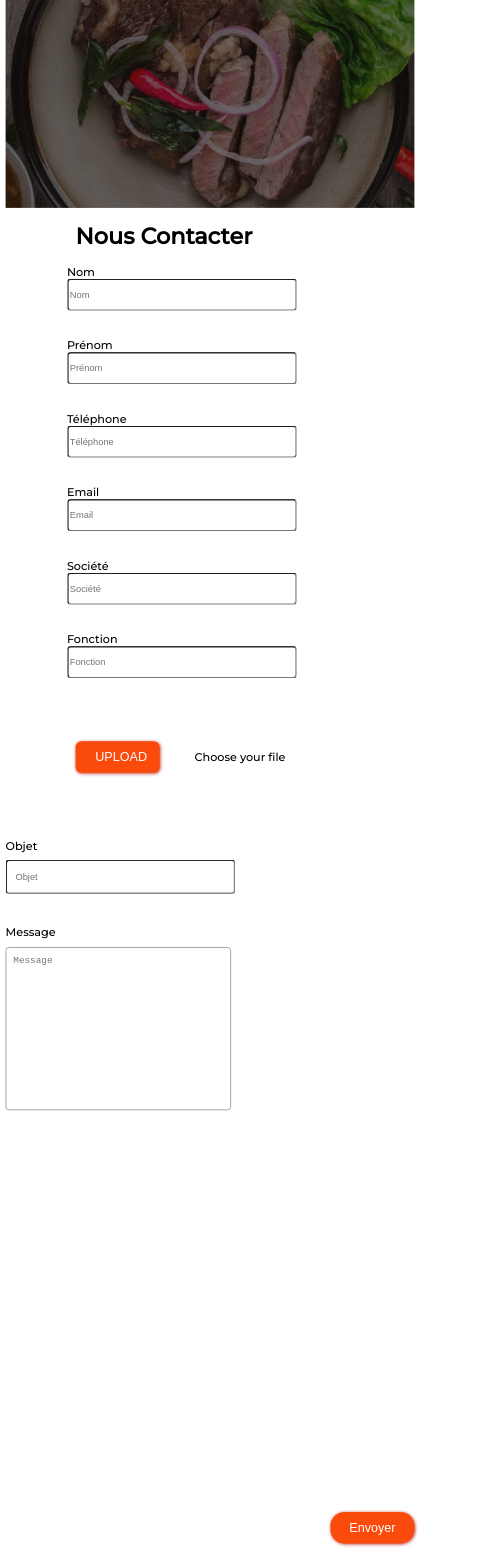
Repository: Ahlam-belhadj/bella-olange
Page: index3.html
An editor plug-in stored every save of this project. The page is shown before and after the next save, followed by the edit.
The browser window is 600 px wide. The page is 682 px wide, so the pictures cover 682 px, including what lies to the right of the window. The pictures show the part of the page from y = 410 to 2650 px (the page is 2650 px tall before and 2350 px after), at 70% of full size.
Pictures or frames that could not be fetched are drawn as grey boxes.

Above is the page before, as saved 2023-02-12 21:08:15.

After the next save:
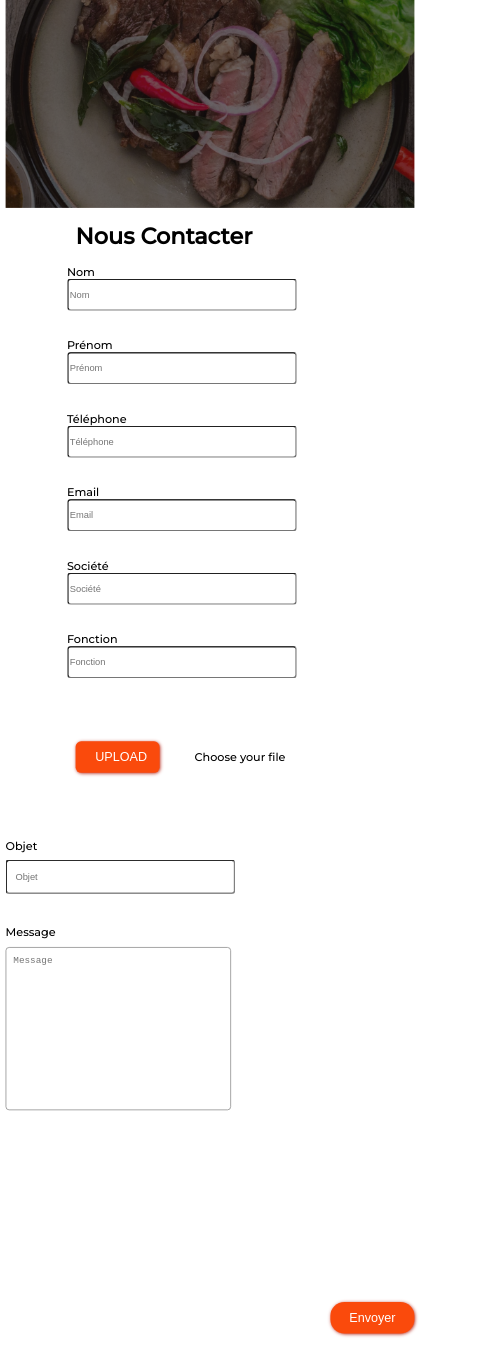
Saved 4 s later.
--- a/style3.css
+++ b/style3.css
@@ -321,7 +321,7 @@ textarea {
 
     iframe {
         width: 100px;
-        height: 500px;
+        height: 200px;
         left: 100px;
         top: 1875px;
 
